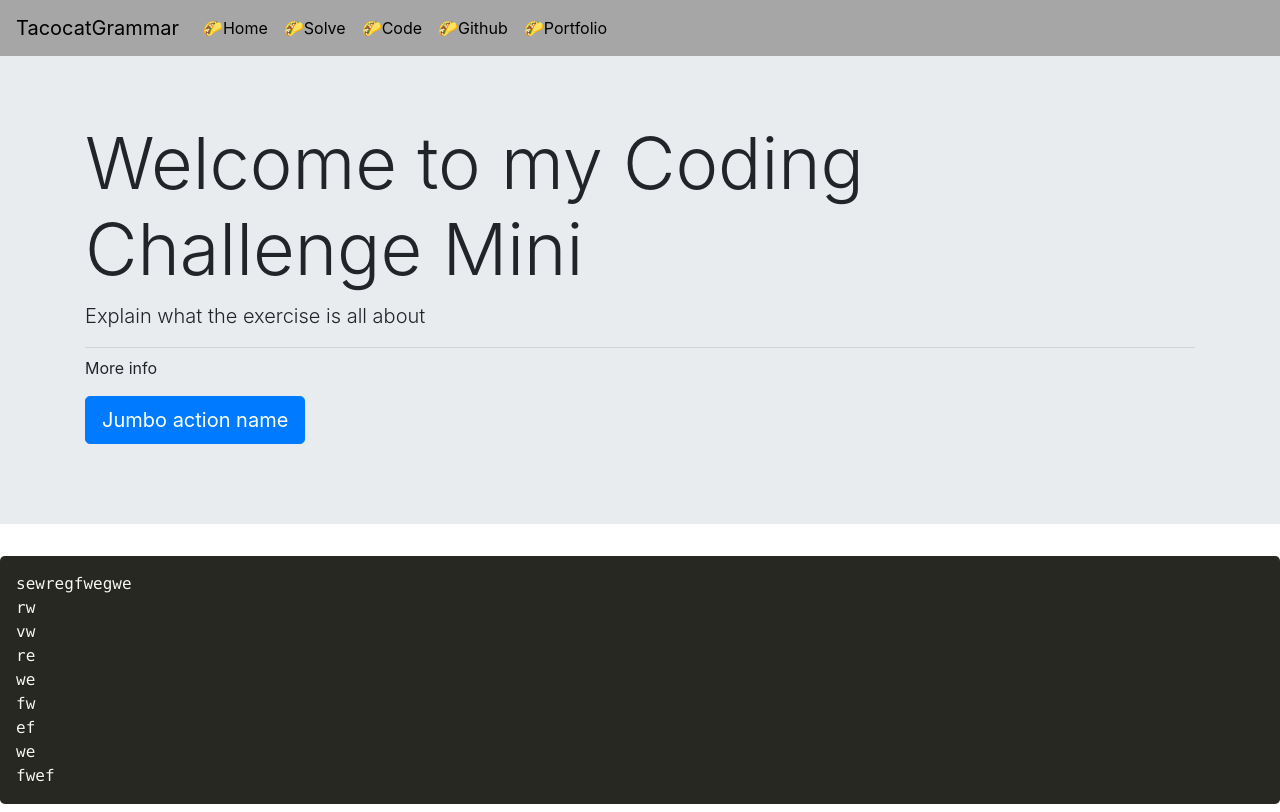
Repository: zhadjah9559/TacocatGrammar
Page: code.html
An editor plug-in stored every save of this project. The page is shown before and after the next save, followed by the edit.
The browser window is 1280 px wide. The pictures show the whole page.

Above is the page before, as saved 2021-01-14 20:05:54.

### code.html
<!doctype html>
<html lang="en">
  <head>
    <title>Code</title>
    <!-- Required meta tags -->
    <meta charset="utf-8">
    <meta name="viewport" content="width=device-width, initial-scale=1, shrink-to-fit=no">

    <!-- Bootstrap CSS -->
    <link rel="stylesheet" href="https://stackpath.bootstrapcdn.com/bootstrap/4.3.1/css/bootstrap.min.css" integrity="sha384-ggOyR0iXCbMQv3Xipma34MD+dH/1fQ784/j6cY/iJTQUOhcWr7x9JvoRxT2MZw1T" crossorigin="anonymous">
    <link rel="stylesheet" href="css/custom.css">
    <link rel="stylesheet" href="css/prism.css">
  </head>
  <body>

    <nav class="navbar navbar-expand-sm navbar-dark" style="background-color:  #A6A6A6">
        <a class="navbar-brand" href="#">TacocatGrammar</a>
        <button class="navbar-toggler d-lg-none" type="button" data-toggle="collapse" data-target="#collapsibleNavId" aria-controls="collapsibleNavId"
            aria-expanded="false" aria-label="Toggle navigation"></button>
        <div class="collapse navbar-collapse" id="collapsibleNavId">
            <ul class="navbar-nav mr-auto mt-2 mt-lg-0">
                <li class="nav-item">
                    <a class="nav-link" href="index.html">🌮Home </a>
                </li>
                <li class="nav-item">
                    <a class="nav-link" href="solve.html">🌮Solve </a>
                </li>
                <li class="nav-item active">
                    <a class="nav-link" href="code.html">🌮Code <span class="sr-only">(current)</span></a>
                </li>
                <li class="nav-item">
                    <a class="nav-link" target="_blank" href="https://github.com/zhadjah9559/SunsetHills">🌮Github</a>
                </li>
                <li class="nav-item">
                    <a class="nav-link" target="_blank" href="https://www.zacharyhadjah.netlify.app">🌮Portfolio</a>
                </li>
            </ul>
        </div>
    </nav>


    <div class="jumbotron jumbotron-fluid">
        <div class="container">
            <h1 class="display-3">Welcome to my Coding Challenge Mini </h1>
            <p class="lead">Explain what the exercise is all about</p>
            <hr class="my-2">
            <p>More info</p>
            <p class="lead">
                <a class="btn btn-primary btn-lg" href="Jumbo action link" role="button">Jumbo action name</a>
            </p>
        </div>
    </div>



    <pre class="language-javascript">
        <code class="line-numbers">
sewregfwegwe
rw
vw
re
we
fw
ef
we
fwef
        </code>
    </pre>








    <!-- Optional JavaScript -->
    <!-- jQuery first, then Popper.js, then Bootstrap JS -->
    <script src="https://code.jquery.com/jquery-3.3.1.slim.min.js" integrity="sha384-q8i/X+965DzO0rT7abK41JStQIAqVgRVzpbzo5smXKp4YfRvH+8abtTE1Pi6jizo" crossorigin="anonymous"></script>
    <script src="https://cdnjs.cloudflare.com/ajax/libs/popper.js/1.14.7/umd/popper.min.js" integrity="sha384-UO2eT0CpHqdSJQ6hJty5KVphtPhzWj9WO1clHTMGa3JDZwrnQq4sF86dIHNDz0W1" crossorigin="anonymous"></script>
    <script src="https://stackpath.bootstrapcdn.com/bootstrap/4.3.1/js/bootstrap.min.js" integrity="sha384-JjSmVgyd0p3pXB1rRibZUAYoIIy6OrQ6VrjIEaFf/nJGzIxFDsf4x0xIM+B07jRM" crossorigin="anonymous"></script>
    <script src="js/prism.js"></script>

  </body>
</html>

### css/custom.css
.navbar-dark .navbar-nav .active>.nav-link{
    color:black;
}
.navbar-dark .navbar-nav .nav-link{
    color:black;
}
.navbar .navbar-brand{
    color:black;
}

.navbar-dark .navbar-nav .nav-link{
    color:black;
}

### css/prism.css
/* PrismJS 1.23.0
https://prismjs.com/download.html#themes=prism-okaidia&languages=markup+css+clike+javascript&plugins=normalize-whitespace */
/**
 * okaidia theme for JavaScript, CSS and HTML
 * Loosely based on Monokai textmate theme by http://www.monokai.nl/
 * @author ocodia
 */

code[class*="language-"],
pre[class*="language-"] {
	color: #f8f8f2;
	background: none;
	text-shadow: 0 1px rgba(0, 0, 0, 0.3);
	font-family: Consolas, Monaco, 'Andale Mono', 'Ubuntu Mono', monospace;
	font-size: 1em;
	text-align: left;
	white-space: pre;
	word-spacing: normal;
	word-break: normal;
	word-wrap: normal;
	line-height: 1.5;

	-moz-tab-size: 4;
	-o-tab-size: 4;
	tab-size: 4;

	-webkit-hyphens: none;
	-moz-hyphens: none;
	-ms-hyphens: none;
	hyphens: none;
}

/* Code blocks */
pre[class*="language-"] {
	padding: 1em;
	margin: .5em 0;
	overflow: auto;
	border-radius: 0.3em;
}

:not(pre) > code[class*="language-"],
pre[class*="language-"] {
	background: #272822;
}

/* Inline code */
:not(pre) > code[class*="language-"] {
	padding: .1em;
	border-radius: .3em;
	white-space: normal;
}

.token.comment,
.token.prolog,
.token.doctype,
.token.cdata {
	color: #8292a2;
}

.token.punctuation {
	color: #f8f8f2;
}

.token.namespace {
	opacity: .7;
}

.token.property,
.token.tag,
.token.constant,
.token.symbol,
.token.deleted {
	color: #f92672;
}

.token.boolean,
.token.number {
	color: #ae81ff;
}

.token.selector,
.token.attr-name,
.token.string,
.token.char,
.token.builtin,
.token.inserted {
	color: #a6e22e;
}

.token.operator,
.token.entity,
.token.url,
.language-css .token.string,
.style .token.string,
.token.variable {
	color: #f8f8f2;
}

.token.atrule,
.token.attr-value,
.token.function,
.token.class-name {
	color: #e6db74;
}

.token.keyword {
	color: #66d9ef;
}

.token.regex,
.token.important {
	color: #fd971f;
}

.token.important,
.token.bold {
	font-weight: bold;
}
.token.italic {
	font-style: italic;
}

.token.entity {
	cursor: help;
}

Loaded but not shown: js/prism.js (library)

After the next save:
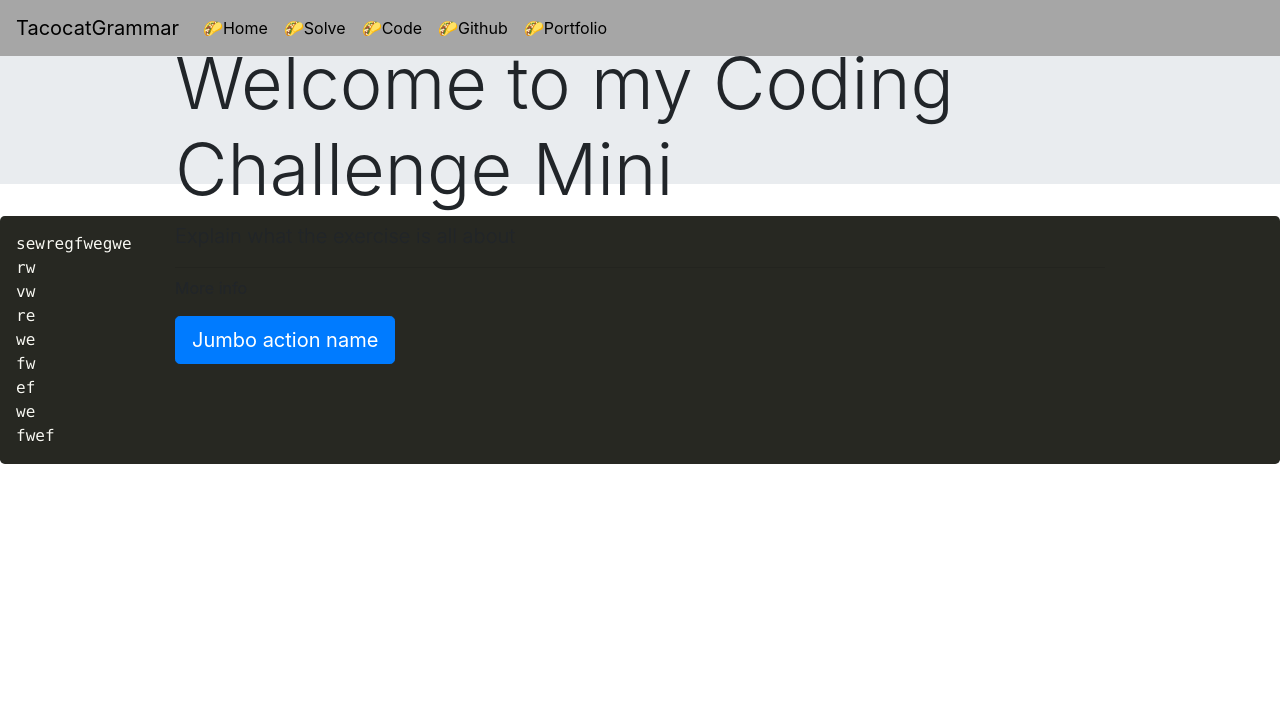
Saved 19 s later.
--- a/css/custom.css
+++ b/css/custom.css
@@ -11,3 +11,13 @@
 .navbar-dark .navbar-nav .nav-link{
     color:black;
 }
+
+.container {
+    width:960px;
+    height:640px;
+    position:absolute;
+    top:50%;
+    left:50%;
+    margin-top:-320px;
+    margin-left:-480px;
+}
